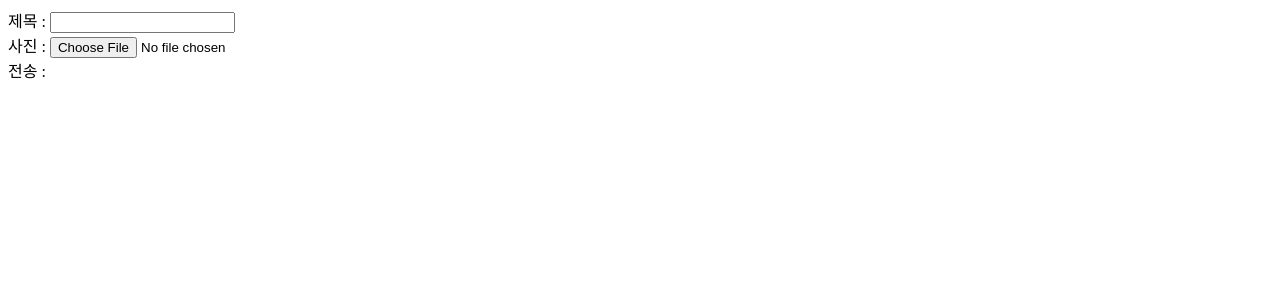
Repository: simDev1234/WebStudy
Page: http://localhost/2022_0607_FileUploadTest/input_file.jsp
The author's editor kept a copy of each file at every save. The page is drawn from the files as they stood at one save, then again after the next save.
The browser window is 1280 px wide. The pictures show the whole page.
The page is served by Tomcat 9. Other server files are loaded and not shown.

Above is the page before, as saved 2022-06-07 01:52:24.

### _01_상반기_WebStudy/2022_0607_FileUploadTest/src/main/webapp/input_file.jsp
<%@ page language="java" contentType="text/html; charset=UTF-8"
    pageEncoding="UTF-8"%>
<!DOCTYPE html>
<html>
<head>
<meta charset="UTF-8">
<title>Insert title here</title>
</head>
<body>

<!-- FileUpload용 form
     1. method = "POST"
     2. 인코딩 타입 : enctype = "multipart/form_data"
 -->

<form action = "" method = "POST" enctype = "multipart/form_data">
   제목 : <input name = "title"><br>
   사진 : <input type = "file" name = "photo"><br>
   전송 :
</form>
</body>
</html>

After the next save:
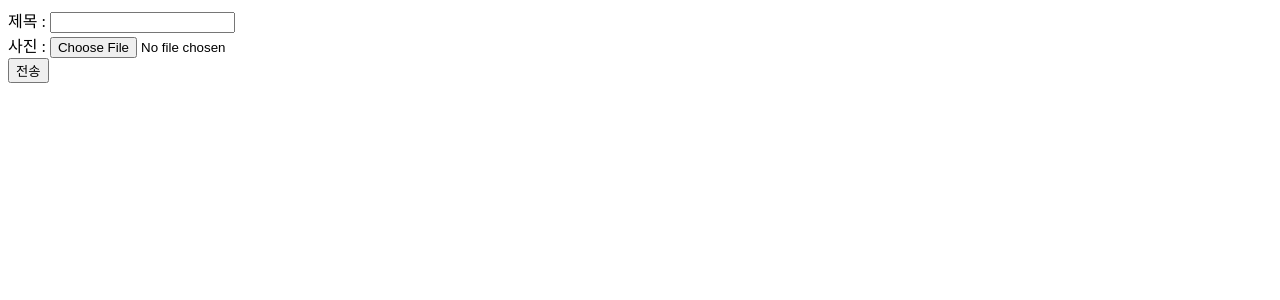
Saved 13 s later.
--- a/_01_상반기_WebStudy/2022_0607_FileUploadTest/src/main/webapp/input_file.jsp
+++ b/_01_상반기_WebStudy/2022_0607_FileUploadTest/src/main/webapp/input_file.jsp
@@ -16,7 +16,7 @@
 <form action = "" method = "POST" enctype = "multipart/form_data">
    제목 : <input name = "title"><br>
    사진 : <input type = "file" name = "photo"><br>
-   전송 :
+   <input type = "button" value = "전송">
 </form>
 </body>
 </html>
